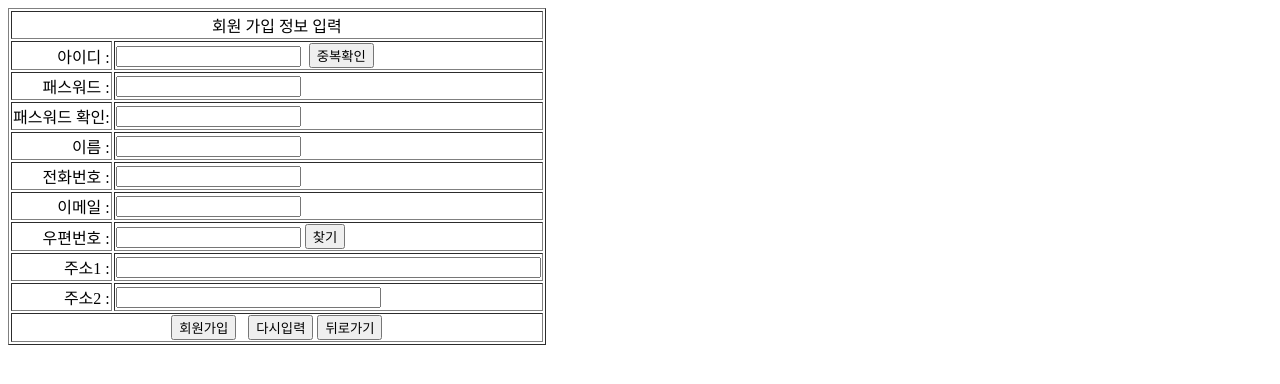
Repository: DynamicRD/jsp_Study
Page: http://localhost/jspStudy/homepageProject/regForm.jsp
An editor plug-in stored every save of this project. The page is shown before and after the next save, followed by the edit.
The browser window is 1280 px wide. The pictures show the whole page.
The page is served by Tomcat 9.

Above is the page before, as saved 2024-12-12 01:51:33.

After the next save:
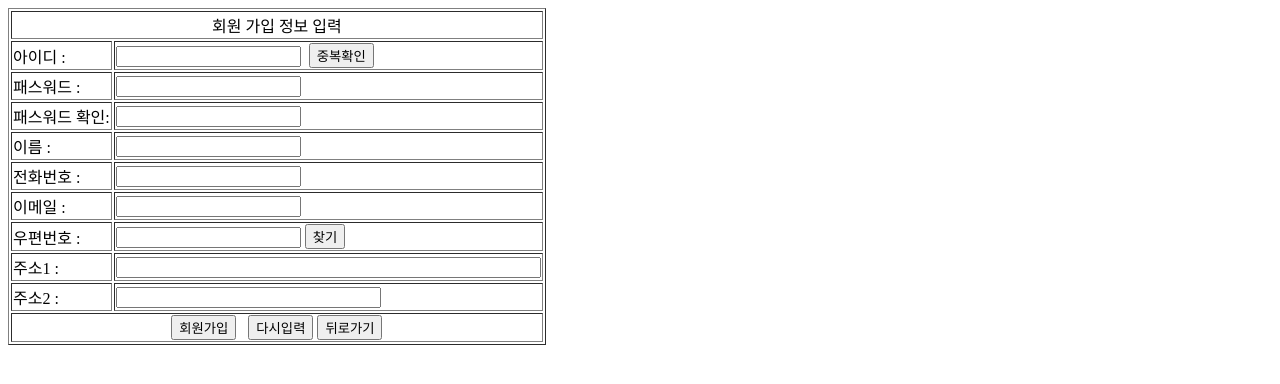
Saved 6 h 15 min later.
--- a/jspStudy/src/main/webapp/homepageProject/regForm.jsp
+++ b/jspStudy/src/main/webapp/homepageProject/regForm.jsp
@@ -13,45 +13,45 @@
 					<td  class="login_table" colspan="2" align="center">회원 가입 정보 입력</td>
 				</tr>
 				<tr>
-					<td align="right">아이디 :</td>
+					<td>아이디 :</td>
 					<td>
 						<input id="input-id" type="text" name="id" required /><span></span>&nbsp;
 						<input type="button" value="중복확인" onClick="idCheck(this.form.id.value)" />
 					</td>
 				</tr>
 				<tr>
-					<td align="right">패스워드 :</td>
+					<td>패스워드 :</td>
 					<td><input id="input-pw1" type="password" name="pass" required /><span></span></td>
 				</tr>
 				<tr>
-					<td align="right">패스워드 확인:</td>
+					<td >패스워드 확인:</td>
 					<td><input id="input-pw2" type="password" name="repass" required /><span></span></td>
 				</tr>
 				<tr>
-					<td align="right">이름 :</td>
+					<td>이름 :</td>
 					<td><input id="input-name" type="text" name="name" required /><span></span></td>
 				</tr>
 				<tr>
-					<td align="right">전화번호 :</td>
+					<td>전화번호 :</td>
 					<td><input id="input-tel"  type="tel" name="tel" required /><span></span></td>
 				</tr>
 				<tr>
-					<td align="right">이메일 :</td>
+					<td>이메일 :</td>
 					<td><input  id="input-email"  type="text" name="email" required /><span></span></td>
 				</tr>
 				<tr>
-					<td align="right">우편번호 :</td>
+					<td>우편번호 :</td>
 					<td>
 						<input  id="zipcode"  type="text" name="zipcode" required />
 						<input type="button" value="찾기" onClick="zipCheck()" />
 					</td>
 				</tr>
 				<tr>
-					<td align="right">주소1 :</td>
+					<td>주소1 :</td>
 					<td><input  id="addr1" type="text" name="address1" size="50" required /></td>
 				</tr>
 				<tr>
-					<td align="right">주소2 :</td>
+					<td>주소2 :</td>
 					<td><input id="addr2" type="text" name="address2" size="30" required /></td>
 				</tr>
 				<tr>
